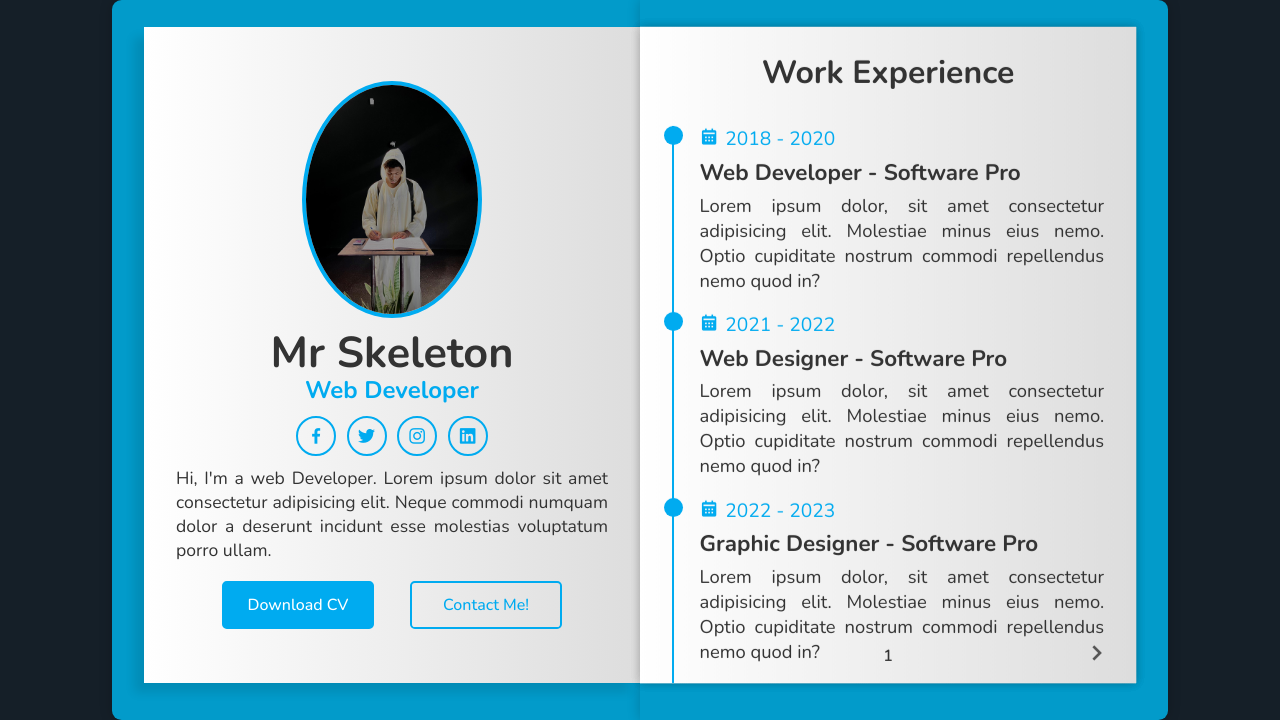
Repository: Dionecena/Portfolio
Page: Book portfolio website/index.html
These files come from the project's save history. The page is drawn as it stood at one moment and after the next save; the edit follows.
The browser window is 1280 px wide. The pictures show the whole page.
Some web fonts or font styles are not loaded; a fallback is used.

Above is the page before, as saved 2025-10-16 04:24:05.

### Book portfolio website/index.html
<!DOCTYPE html>
<html lang="en">
  <head>
    <meta charset="UTF-8" />
    <meta name="viewport" content="width=device-width, initial-scale=1.0" />
    <title>3D- Portfolio Book</title>
    <!-- BoxIcon -->
    <link
      href="https://unpkg.com/boxicons@2.1.4/css/boxicons.min.css"
      rel="stylesheet"
    />
    <!-- style -->
    <link rel="stylesheet" href="style.css" />
  </head>
  <body>
    <div class="wrapper">
      <div class="cover cover-left"></div>
      <div class="cover cover-right"></div>

      <div class="book">
        <!-- profile page -->
        <div class="book-page page-left">
          <div class="profile-page">
            <img src="./img.jpg" alt="" />
            <h1>Mr Skeleton</h1>
            <h3>Web Developer</h3>

            <div class="social-media">
              <a href="#"><i class="bx bxl-facebook"></i></a>
              <a href="#"><i class="bx bxl-twitter"></i></a>
              <a href="#"><i class="bx bxl-instagram"></i></a>
              <a href="#"><i class="bx bxl-linkedin-square"></i></a>
            </div>

            <p>
              Hi, I'm a web Developer. Lorem ipsum dolor sit amet
              consectetur adipisicing elit. Neque commodi numquam dolor a
              deserunt incidunt esse molestias voluptatum porro ullam.
            </p>

            <div class="btn-box">
              <a href="#" class="btn">Download CV</a>
              <a href="#" class="btn contact-me">Contact Me!</a>
            </div>
          </div>
        </div>

        <!-- page 1 & 2 -->
        <div class="book-page page-right turn" id="turn-1">
          <!-- page 1 (work experience) -->
          <div class="page-front">
            <h1 class="title">Work Experience</h1>

            <div class="workeduc-box">
              <div class="workeduc-content">
                <span class="year"
                  ><i class="bx bxs-calendar"></i>2018 - 2020</span
                >
                <h3>Web Developer - Software Pro</h3>
                <p>
                  Lorem ipsum dolor, sit amet consectetur adipisicing elit.
                  Molestiae minus eius nemo. Optio cupiditate nostrum commodi
                  repellendus nemo quod in?
                </p>
              </div>

              <div class="workeduc-content">
                <span class="year"
                  ><i class="bx bxs-calendar"></i>2021 - 2022</span
                >
                <h3>Web Designer - Software Pro</h3>
                <p>
                  Lorem ipsum dolor, sit amet consectetur adipisicing elit.
                  Molestiae minus eius nemo. Optio cupiditate nostrum commodi
                  repellendus nemo quod in?
                </p>
              </div>

              <div class="workeduc-content">
                <span class="year"
                  ><i class="bx bxs-calendar"></i>2022 - 2023</span
                >
                <h3>Graphic Designer - Software Pro</h3>
                <p>
                  Lorem ipsum dolor, sit amet consectetur adipisicing elit.
                  Molestiae minus eius nemo. Optio cupiditate nostrum commodi
                  repellendus nemo quod in?
                </p>
              </div>
            </div>
            <span class="number-page">1</span>

            <!-- next button -->
            <span class="nextprev-btn" data-page="turn-1">
              <i class="bx bx-chevron-right"></i>
            </span>
          </div>

          <!-- page 2 (education) -->
          <div class="page-back">
            <h1 class="title">Education</h1>

            <div class="workeduc-box">
              <div class="workeduc-content">
                <span class="year"
                  ><i class="bx bxs-calendar"></i>2016 - 2018</span
                >
                <h3>College</h3>
                <p>
                  Lorem ipsum dolor, sit amet consectetur adipisicing elit.
                  Molestiae minus eius nemo. Optio cupiditate nostrum commodi
                  repellendus nemo quod in?
                </p>
              </div>

              <div class="workeduc-content">
                <span class="year"
                  ><i class="bx bxs-calendar"></i>2018 - 2020</span
                >
                <h3>Intermediate</h3>
                <p>
                  Lorem ipsum dolor, sit amet consectetur adipisicing elit.
                  Molestiae minus eius nemo. Optio cupiditate nostrum commodi
                  repellendus nemo quod in?
                </p>
              </div>

              <div class="workeduc-content">
                <span class="year"
                  ><i class="bx bxs-calendar"></i>2020 - 2024</span
                >
                <h3>BS Computer Science</h3>
                <p>
                  Lorem ipsum dolor, sit amet consectetur adipisicing elit.
                  Molestiae minus eius nemo. Optio cupiditate nostrum commodi
                  repellendus nemo quod in?
                </p>
              </div>
            </div>

            <span class="number-page">2</span>

            <!-- prev button -->
            <span class="nextprev-btn back" data-page="turn-1">
              <i class="bx bx-chevron-left"></i>
            </span>
          </div>
        </div>


        <!-- page 3 & 4 -->
        <div class="book-page page-right turn" id="turn-2">
          <!-- page 3 (my services) -->
          <div class="page-front">
            <h1 class="title">My Services</h1>

            <div class="services-box">
              <div class="services-content">
                <i class="bx bx-code-alt"></i>
                <h3>Web Development</h3>
                <p>
                  Lorem ipsum, dolor sit amet consectetur adipisicing elit. Nisi
                  quae accusamus aliquam.
                </p>
                <a href="#" class="btn">Read More</a>
              </div>

              <div class="services-content">
                <i class="bx bxs-paint"></i>
                <h3>Creative Design</h3>
                <p>
                  Lorem ipsum, dolor sit amet consectetur adipisicing elit. Nisi
                  quae accusamus aliquam.
                </p>
                <a href="#" class="btn">Read More</a>
              </div>

              <div class="services-content">
                <i class="bx bx-bar-chart-alt"></i>
                <h3>Digital Marketing</h3>
                <p>
                  Lorem ipsum, dolor sit amet consectetur adipisicing elit. Nisi
                  quae accusamus aliquam.
                </p>
                <a href="#" class="btn">Read More</a>
              </div>

              <div class="services-content">
                <i class="bx bx-search"></i>
                <h3>SEO</h3>
                <p>
                  Lorem ipsum, dolor sit amet consectetur adipisicing elit. Nisi
                  quae accusamus aliquam.
                </p>
                <a href="#" class="btn">Read More</a>
              </div>
            </div>

            <span class="number-page">3</span>

            <!-- next button -->
            <span class="nextprev-btn" data-page="turn-2">
              <i class="bx bx-chevron-right"></i>
            </span>

          </div>
          <!-- page 4 (my skills) -->
          <div class="page-back">
            <h1 class="title">My Skills</h1>

            <div class="skills-box">
              <div class="skills-content">
                <h3>Front-End</h3>
                <div class="content">
                  <span><i class="bx bxl-html5"></i> HTML</span>
                  <span><i class="bx bxl-css3"></i>CSS</span>
                  <span><i class="bx bxl-javascript"></i>JS</span>
                  <span><i class="bx bxl-angular"></i>Angular</span>
                  <span><i class="bx bxl-react"></i>React Js</span>
                  <span><i class="bx bxl-bootstrap"></i>BootStrap</span>
                  <span><i class="bx bxl-jquery"></i>Jquery</span>
                </div>
              </div>

              <div class="skills-content">
                <h3>Back-End</h3>
                <div class="content">
                  <span><i class="bx bxl-python"></i>Python</span>
                  <span><i class="bx bxl-java"></i>Java</span>
                  <span><i class="bx bxl-nodejs"></i>Node JS</span>
                  <span><i class="bx bxl-php"></i>PHP</span>
                </div>
              </div>

              <div class="skills-content">
                <h3>UI/UX Design</h3>
                <div class="content">
                  <span><i class="bx bxl-figma"></i>Figma</span>
                </div>
              </div>
            </div>

            <span class="number-page">4</span>

            <!-- next button -->
            <span class="nextprev-btn back" data-page="turn-2">
              <i class="bx bx-chevron-left"></i>
            </span>
          </div>
        </div>

            <!-- page 5 & 6 -->
            <div class="book-page page-right turn" id="turn-3">
                <!-- page 5 (latest project or many portfolio) -->
                <div class="page-front">
                    <h1 class="title">Latest Project</h1>

                    <div class="portfolio-box">
                        <div class="img-box">
                            <img src="website 3.png" alt="">
                        </div>

                        <div class="info-box">
                            <div class="info-title">
                                <h3>Project Name</h3>
                                <a href="#">Live Preview <i class="bx bx-link-external"></i></a>
                            </div>
                            <p>Tech Used:</p>
                            <p>Lorem ipsum dolor sit amet consectetur adipisicing elit. Distinctio, vel ipsum quis possimus quaerat voluptatem temporibus saepe veniam?</p>
                        </div>
                        <div class="btn-box">
                            <a href="#" class="btn">Source Code</a>
                            <a href="#" class="btn">More Projects</a>

                        </div>
                    </div>

                    <span class="number-page">5</span>

                    <!-- next button -->
                    <span class="nextprev-btn" data-page="turn-3">
                      <i class="bx bx-chevron-right"></i>
                    </span>
                </div>


                <!-- page 6 (contact me!) -->
                <div class="page-back">
                    <h1 class="title">Contact Me!</h1>

                    <div class="contact-box">
                      <form action="">
                        <input type="text" class="field" placeholder="Full Name" required>
                        <input type="email" class="field" placeholder="Email Address" required>
                        <textarea name="" id="" cols="30" rows="10" class="field" placeholder="Your Message"></textarea>
                        <input type="submit" value="Send Message" class="btn">
                      </form>
                    </div>

                    <span class="number-page">6</span>

                    <!-- next button -->
                    <span class="nextprev-btn back" data-page="turn-3">
                      <i class="bx bx-chevron-left"></i>
                    </span>

                    <a href="#" class="back-profile">
                      <p>Profile</p>
                      <i class="bx bxs-user"></i>
                    </a>
                </div>

            </div>
      </div>
    </div>

    <!-- script -->
    <script src="script.js"></script>
  </body>
</html>

### Book portfolio website/style.css
@import url('https://fonts.googleapis.com/css2?family=Comic+Relief:wght@400;700&family=Nunito:ital,wght@0,200..1000;1,200..1000&display=swap');

*{
    margin: 0;
    padding: 0;
    text-decoration: none;
    box-sizing: border-box;
    border: none;
    outline: none;
}
:root {
    --bg-color: #151f28;
    --main-color: #00abf0;
    --text-color: #333;
    --second-text-color: #555;
    --white-color:#fff;
    --cover-color:linear-gradient(45deg, #00abf0, #006e9a);
    --pages-color:linear-gradient(90deg, #fff, #ddd);
    --border: 0.125rem solid #00abf0;
    --box-shadow: 0 0 0.8rem rgba(0,0,0,0.2);

}
body{
    display: flex;
    justify-content: center;
    align-items: center;
    min-height: 100vh;
    background-color: var(--bg-color);
    color: var(--text-color);
    overflow: hidden;
    font-family: "Nunito", sans-serif;
}
.wrapper{
    position: relative;
    width: 66rem;
    height: 45rem;
    padding: 2rem;
    perspective: 250rem;
    animation: show-animate 2s forwards;
}
@keyframes show-animate {
    0%,
    30% {
        opacity: 0;
        transform: rotate(-20deg);
    }
    100% {
        opacity: 1;
        transform: rotate(0deg);
    }
}
.cover {
    position: absolute;
    top: 0;
    left: 0;
    width: 50%;
    height: 100%;
    background-color: var(--cover-color);
    background-color: #029bca;
    box-shadow: var(--box-shadow);
    border-top-left-radius: 0.6rem;
    border-bottom-left-radius: 0.6rem;
    transform-origin: right;
}
.cover.cover-left{
    z-index: -1;
}
.cover.cover-right{
    z-index: 100;
    transition: transform 1s cubic-bezier(.645, .045, .355, 1);

}
.cover.cover-right.turn {
    transform: rotateY(180deg);
}
.book {
    position: relative;
    width: 100%;
    height: 100%;
    display: flex;
    perspective: 250rem;
}
.book .book-page {
    position: absolute;
    width: 50%;
    height: 100%;
    background: var(--pages-color);
    box-shadow: 0 0 .6rem rgba(0,0,0,0.1);
    display: flex;
    padding: 2rem;
    top: -5px;
}
.book-page.page-left{
    box-shadow: -.6rem .6rem .6rem rgba(0,0,0,0.1);
}
.profile-page{
    display: flex;
    flex-direction: column;
    justify-content: center;
    align-items: center;
}
.profile-page img{
     max-width: 180px;
     border-radius: 50%;
     border: 0.25rem solid var(--main-color);
     margin-bottom: .8rem;
}
.profile-page h1 {
    font-size: 2.7rem;
    line-height: 1;
}
.profile-page h3{
    color: var(--main-color);
    font-size: 1.5rem;
}
.profile-page .social-media {
    margin: .6rem .8rem;
}
.profile-page .social-media a{
    display: inline-flex;
    justify-content: center;
    align-items: center;
    width: 2.5rem;
    height: 2.5rem;
    background: transparent;
    border: var(--border);
    border-radius: 50%;
    font-size: 1.3rem;
    color: var(--main-color);
    margin: 0 .2rem;
    transition: .5s;

}
.profile-page .social-media a:hover{
    background-color: var(--main-color);
    color: var(--white-color);
}
.profile-page p {
    text-align: justify;
    font-size: 1.1rem;
}
.profile-page .btn-box{
    margin-top: 1.2rem;
}
.btn {
    display: inline-flex;
    justify-content: center;
    align-items: center;
    width: 9.5rem;
    height: 3rem;
    background: var(--main-color);
    border: var(--border) ;
    border-radius: .3rem;
    font-size: 1rem;
    color: var( --white-color);
    font-weight: 500;
    margin: 0 1rem;
    transition: .5s;
}
.btn-box .btn:nth-child(2){
    background: transparent;
    color: var(--main-color);
}
.btn-box .btn:nth-child(1):hover{
    background: transparent;
    color: var(--main-color);
}
.btn-box .btn:nth-child(2):hover{
    background: var(--main-color);
    color: var(--white-color);
}

/* right page */
.book-page.page-right{
    position: absolute;
    right: 0;
    transform-style: preserve-3d;
    transform-origin: left;
    transition: transform 1s cubic-bezier(.645, .045, .355, 1);
}
.book-page.page-right.turn{
    transform: rotateY(-180deg);
}

.book-page .page-front,
.book-page .page-back{
    position: absolute;
    top: 0;
    left: 0;
    width: 100%;
    height: 100%;
    background: var(--pages-color);
    padding: 1.5rem 2rem;
}
.book-page .page-front{
    transform: rotateY(0deg) translateZ(1px);
}
.book-page .page-back{
    transform: rotateY(180deg) translateZ(1px);
}

.title {
    text-align: center;
}
.workeduc-box {
    border-left: var(--border);
    margin-top: 2rem;
}
.workeduc-box .workeduc-content {
    position: relative;
    padding-left: 1.6rem;
    padding-bottom: 1.2rem;
}
.workeduc-box .workeduc-content::before{
    content: '';
    position: absolute;
    top: 0;
    left: -0.65rem;
    width: 1.2rem;
    height: 1.2rem;
    border-radius: 50%;
    background: var(--main-color);
}
.workeduc-content .year {
    color: var(--main-color);
    font-size: 1.2rem;
}
.workeduc-content h3{
    font-size: 1.4rem;
    margin: .3rem 0;
}
.workeduc-content p{
    font-size: 1.15rem;
    text-align: justify ;
}
.workeduc-content .year i {
    margin-right: .4rem;
    font-size: 1.2rem;
}
.number-page{
    position: absolute;
    bottom: 1rem;
    left: 50%;
    transform: translateX(-50%);
    font-weight: 600;
}

/* next button */
.nextprev-btn{
    position: absolute;
    bottom: .9rem;
    right: 1.5rem;
    width: 2rem;
    height: 2rem;
    cursor: pointer;
    font-size: 2rem;
    color: var(--second-text-color);
    display: inline-flex;
    justify-content: center;
    align-items: center;
    transition: .5s;
}
.nextprev-btn:hover{
    color: var(--main-color);
}
.nextprev-btn.back{
    left: 1.5rem;
}

/* my services */
.services-box{
    display: flex;
    flex-wrap: wrap;
    gap: 1.5rem;
    margin-top: 2rem;
}
.services-box .services-content{
    flex: 1 1 10rem ;
    border: var(--border);
    border-radius: .5rem;
    padding: .8rem .5rem 1.1rem;
    text-align: center;
    transition: .3s ease;
}
.services-box .services-content:hover{
    box-shadow: var(--box-shadow);
}
.services-content i{
    font-size: 2.5rem;
    color: var(--main-color);
}
.services-content h3{
    font-size: 1.1rem;
}
.services-content p {
    margin: .2rem 0 .8rem;
}
.services-content .btn {
    width: 8rem;
    height: 2.5rem;
}
.services-content .btn:hover{
    background-color: transparent;
    color: var(--main-color);
}


/* skilss box */
.skills-box{
    display: flex;
    flex-wrap: wrap;
    gap: 1.5rem;
    margin-top: 2rem;

}
.skills-box .skills-content{
    flex: 1 1 20rem;
}
.skills-content h3{
    font-size: 1.3rem;
    line-height: 1;
    margin-bottom: .6rem;
}
.skills-content .content{
    display: flex;
    flex-wrap: wrap;
    gap: .8rem;
}
.skills-content .content span{
    display: inline-flex;
    flex-direction: column;
    justify-content: center;
    align-items: center;
    width: 6rem;
    height: 5rem;
    border: var(--border);
    border-radius: .3rem;
    font-weight: 600;
    transition: .3 ease;
}
.skills-content .content span:hover{
    box-shadow: var(--box-shadow);
}
.skills-content .content span i{
    color: var(--main-color);
    font-size: 3rem;
}

/* portfolio */
.portfolio-box{
    margin-top: 2rem;

}
.portfolio-box .img-box{
    display: flex;
    width: 100%;
    height: 15rem;
    border-radius: .5rem;
    border: var(--border);
    overflow: hidden;
}
.portfolio-box .img-box img{
    width: 100%;
    object-fit: cover;
    transition: .5s ease;
}
.portfolio-box .img-box:hover img{
    transform: scale(1.1);
}
.portfolio-box .info-box{
    margin: 1rem 0 1.5rem;
}
.portfolio-box .info-box .info-title{
    display: flex;
    justify-content: space-between;
    align-items: center;
    margin-bottom: 1rem;
}
.portfolio-box .info-box .info-title h3{
    font-size: 1.3rem;
}
.portfolio-box .info-box .info-title a{
    display: flex;
    align-items: center;
    color: var(--main-color);
}
.portfolio-box .info-box .info-title a i{
    margin-left: .3rem;
}
.portfolio-box .info-box p:nth-of-type(1){
    font-weight: 600;
}
.portfolio-box .info-box p{
    text-align: justify;
}
.portfolio-box .btn-box{
    display: flex;
    justify-content: center;
}
.portfolio-box .btn-box .btn{
    margin: 0 1 .15rem;
}


/* Contact Me! */
.contact-box{
    margin-top: 2rem;
    text-align: center;
}
.contact-box .field{
    width: 100%;
    background-color: transparent;
    border: var(--border);
    border-radius: .3rem;
    padding: .8rem;
    font-size: 1rem;
    color: var(--text-color);
    margin-bottom: 1.5rem;
}

.contact-box .field::placeholder{
    color: var(--text-color);
}
.contact-box textarea{
    resize: none;
    height: 15rem;
}
.contact-box .btn{
    cursor: pointer;
}
.contact-box .btn:hover{
    background-color: transparent;
    color: var(--main-color);
}

.back-profile{
    position: absolute;
    bottom: 1.2rem;
    right: 2rem;
    width: 2rem;
    height: 2rem;
    background-color: transparent;
    border: var(--border);
    border-radius: .3rem;
    font-size: 1.1rem;
    color: var(--main-color);
    display: inline-flex;
    justify-content: center;
    align-items: center;
    transition: .5s;
}
.back-profile:hover{
    background: var(--main-color);
    color: var(--white-color);
}
.back-profile p{
    position: absolute;
    top: 0;
    left: 50%;
    transform: translateX(-50%) scale(.5);
    font-size: 1rem;
    opacity: 0;
    transition: .5s;
    color: var(--main-color);
}
.back-profile:hover p{
    opacity: 1;
    transform: translateX(-50%) scale(1);
    top: -1.8rem;
}

### Book portfolio website/script.js


const pageTurnBtn = document.querySelectorAll('.nextprev-btn');

pageTurnBtn.forEach((el, index) => {
    el.onclick = () => {

        const pageTurnId = el.getAttribute('data-page');
        const pageTurn = document.getElementById(pageTurnId);

        if(pageTurn.classList.contains('turn')){
            pageTurn.classList.remove('turn');

            setTimeout(() => {
                pageTurn.style.zIndex = 2 - index;
            }, 500);

        }else{
            pageTurn.classList.add('turn');

            setTimeout(() => {
                pageTurn.style.zIndex = 2 + index;
            }, 500);
        }
    }
});


// contact me button when click
const pages = document.querySelectorAll('.book-page.page-right');
const contactMeBtn = document.querySelector('.btn.contact-me');

contactMeBtn.onclick = () => {
    pages.forEach((page, index) => {
        setTimeout(() => {

            page.classList.add('turn');
            setTimeout(() => {
                page.style.zIndex = 20 + index;
            },500);
        }, (index + 1) * 200 + 100)
    });
}


// create reverse index function
let totalPages = pages.length;
let pageNumber = 0;

function reverseIndex() {
    pageNumber--;
    if(pageNumber < 0){
        pageNumber = totalPages - 1;
    }
}


// back profile button when click
const backProfileBtn = document.querySelector('.back-profile');

backProfileBtn.onclick = () => {
    pages.forEach((_, index) => {
        setTimeout(() => {
            reverseIndex();

            pages[pageNumber].classList.remove('turn');

            setTimeout(() => {
                reverseIndex();
                pages[pageNumber].style.zIndex = 10 + index;
            }, 500)
        }, (index + 1) * 200 + 100)

    })
}


// opening animation
const coverRight = document.querySelector('.cover.cover-right');
const pageLeft = document.querySelector('.book-page.page-left');


// open animation (cover right animation)
setTimeout(() => {
    coverRight.classList.add('turn');
}, 2100);

setTimeout(() => {
    coverRight.style.zIndex = -1;
}, 2800);


pages.forEach((_, index) => {
    setTimeout(() => {
        reverseIndex();

        pages[pageNumber].classList.remove('turn');

        setTimeout(() => {
            reverseIndex();
            pages[pageNumber].style.zIndex = 10 + index;
        }, 500)
    }, (index + 1) * 200 + 2100)

})

After the next save:
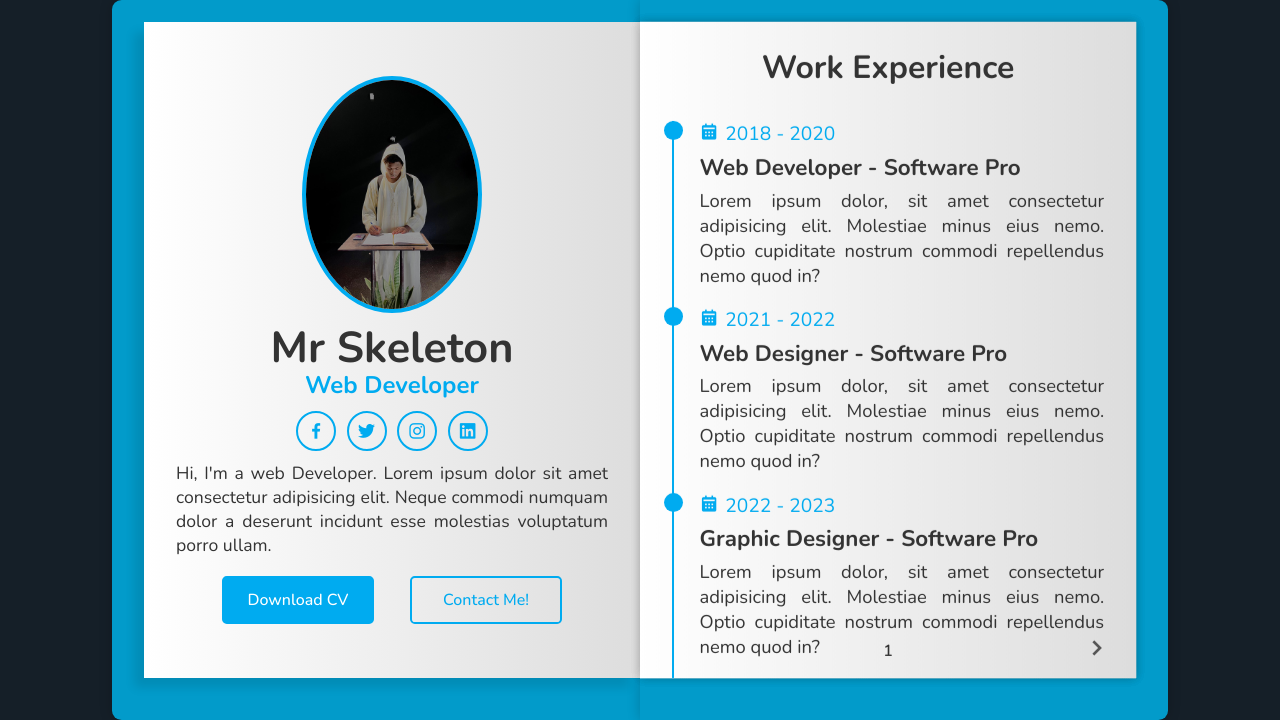
Saved 3 min 28 s later.
--- a/Book portfolio website/style.css
+++ b/Book portfolio website/style.css
@@ -88,7 +88,7 @@ body{
     box-shadow: 0 0 .6rem rgba(0,0,0,0.1);
     display: flex;
     padding: 2rem;
-    top: -5px;
+    top: -10px;
 }
 .book-page.page-left{
     box-shadow: -.6rem .6rem .6rem rgba(0,0,0,0.1);
